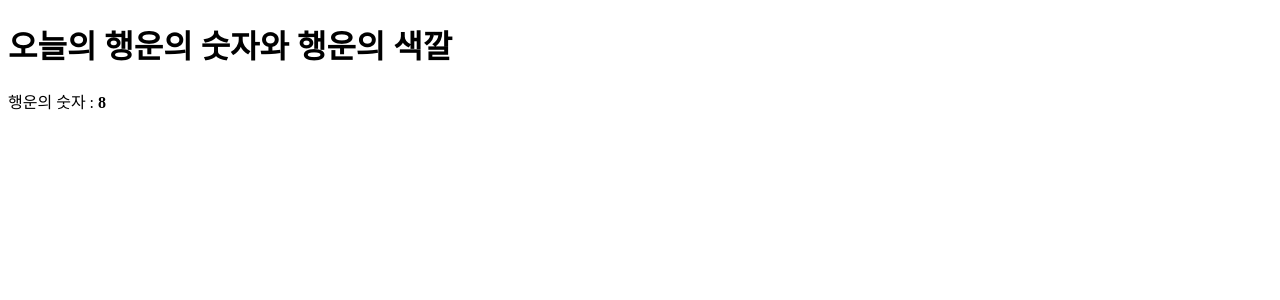
Repository: HeeMang28/jsp
Page: http://localhost/JSPBasic/jsptag/tag_quiz01.jsp
An editor plug-in stored every save of this project. The page is shown before and after a run of saves, followed by the edit.
The browser window is 1280 px wide. The pictures show the whole page.
The page is served by Tomcat 9.

Above is the page before, as saved 2022-03-23 09:06:08.

After the next 3 saves:
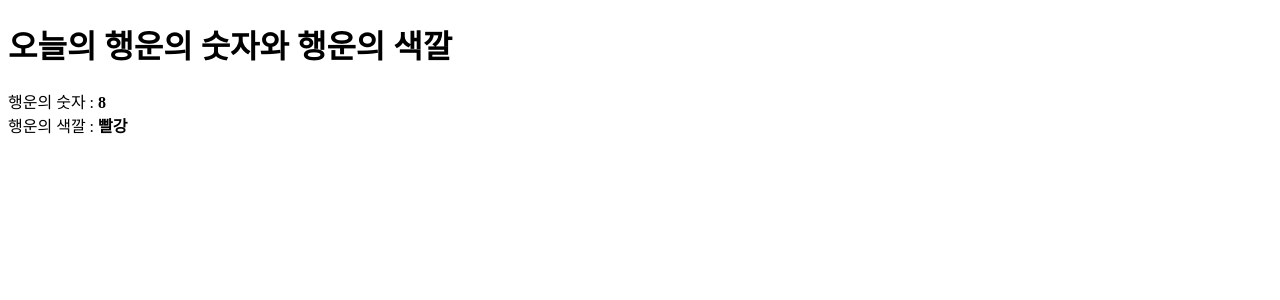
The 3 saves are shown as one change because 2 did not build or start.
The last was saved 14 min 17 s later.
--- a/JSPBasic/src/main/webapp/jsptag/tag_quiz01.jsp
+++ b/JSPBasic/src/main/webapp/jsptag/tag_quiz01.jsp
@@ -14,9 +14,27 @@
 	int rn = (int)(Math.random() * 10) + 1;
 	return rn;
 }
+	String randomColor(){
+		// 난수를 발생시켜서 약 33% 확률로 "빨강"
+		// 약 33% 확률로 "노랑"
+		// 약 33% "파랑" 을 리턴하는 메서드를 선언해주세요.
+		double color = (double)(Math.random());
+		if(color > 0.66){
+			return "빨강";
+		} else if(color > 0.33){
+			return "파랑";
+		} else {
+			return "노랑";
+		}
+	}
+
+
+
+
 %>
 <h1> 오늘의 행운의 숫자와 행운의 색깔</h1>
-	행운의 숫자 : <b><%= randomNumber() %></b>
+	행운의 숫자 : <b><%= randomNumber() %></b> <br>
+	행운의 색깔 : <b><%= randomColor() %></b>
 
 </body>
 </html>
